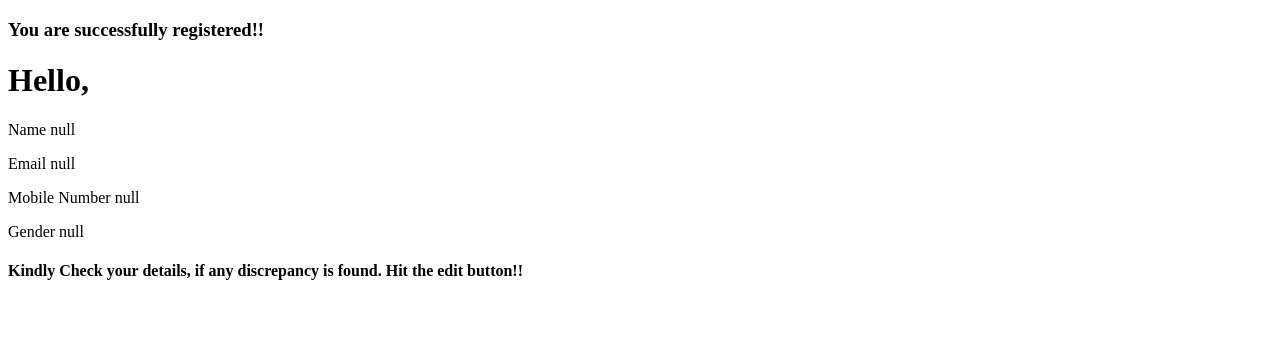
Repository: SimSri-ExtraMarks/FormHandling
Page: http://localhost/success
An editor plug-in stored every save of this project. The page is shown before and after the next save, followed by the edit.
The browser window is 1280 px wide. The pictures show the whole page.
The page is this project's Thymeleaf template; nobody is signed in. The template is opened directly, without the code that normally fills it, so the values that code supplies are empty.

Above is the page before, as saved 2021-06-27 07:10:21.

### formHandling/src/main/resources/templates/success.html
<!doctype html>
<html lang="en">
<head>
<meta charset="UTF-8" />
<title>Second Page</title>
</head>
<body>
<h3>You are successfully registered!!</h3>
<h1>Hello, </h1>

<p th:text="'Name ' + ${data.name}"/>
 <p th:text="'Email ' + ${data.email}"/>
 <p th:text="'Mobile Number ' + ${data.mobilenumber} "/>
 <p th:text="'Gender ' + ${data.gender}"/>
<h4>Kindly Check your details, if any discrepancy is found. Hit the edit button!!</h4>

After the next save:
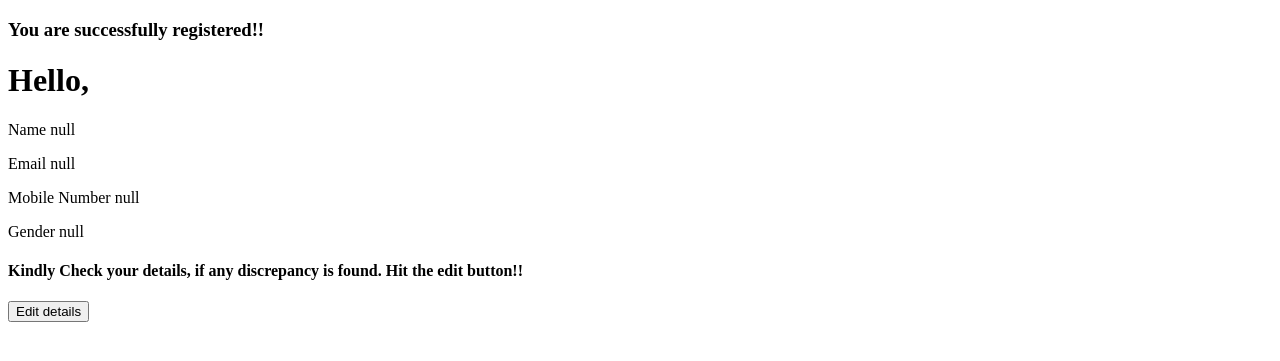
Saved 89 s later.
--- a/formHandling/src/main/resources/templates/success.html
+++ b/formHandling/src/main/resources/templates/success.html
@@ -13,3 +13,4 @@
  <p th:text="'Mobile Number ' + ${data.mobilenumber} "/>
  <p th:text="'Gender ' + ${data.gender}"/>
 <h4>Kindly Check your details, if any discrepancy is found. Hit the edit button!!</h4>
+<button type="button">Edit details</button>
